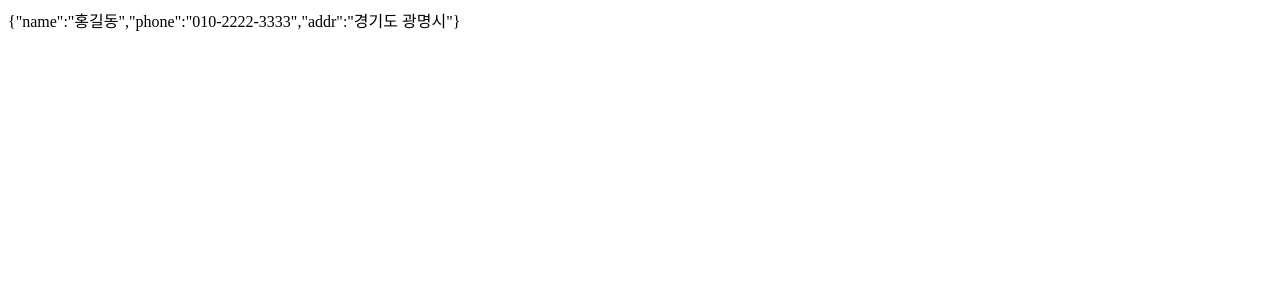
Repository: Jooheehan-kopo/web-workspace
Page: Lecture-web/WebContent/javascript/object/exam13.html
The author's editor kept a copy of each file at every save. The page is drawn from the files as they stood at one save, then again after the next save.
The browser window is 1280 px wide. The pictures show the whole page.

Above is the page before, as saved 2021-06-15 02:35:08.

### Lecture-web/WebContent/javascript/object/exam13.html
<!DOCTYPE html>
<html>
<head>
<meta charset="UTF-8">
<title>Insert title here</title>
<script>
/*
 *  JSON.parse() : 믄자열을 자바스크립트 객체로 변환
 	JSON.stringify(): 자바스크립트객체를 문자열로 변환
 */

 let person = {
 			'name' : '홍길동',
 			'phone' : '010-2222-3333',
 			'addr' : '경기도 광명시',

 			toJson: function()
 			{
 				return{
 					'name' : this.name,
 					'phone' : this.phone
 				}
 			}
 	}
 //	console.log(person)
//	console.log(JSON.stringify(person))
//	alert(person)

let strPerson = JSON.stringify(person)
console.log(strPerson)
document.write(strPerson +'<br>')

</script>
</head>
<body>

</body>
</html>

After the next save:
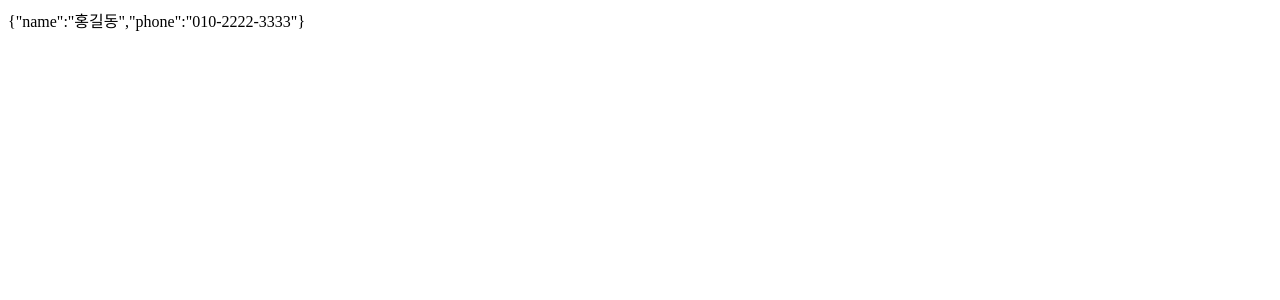
Saved 53 s later.
--- a/Lecture-web/WebContent/javascript/object/exam13.html
+++ b/Lecture-web/WebContent/javascript/object/exam13.html
@@ -14,11 +14,11 @@
  			'phone' : '010-2222-3333',
  			'addr' : '경기도 광명시',
 
- 			toJson: function()
+ 			toJSON: function()
  			{
  				return{
  					'name' : this.name,
- 					'phone' : this.phone
+ 					'phone' : this.phone   //얘만 문자로 바뀜
  				}
  			}
  	}

After the save that followed:
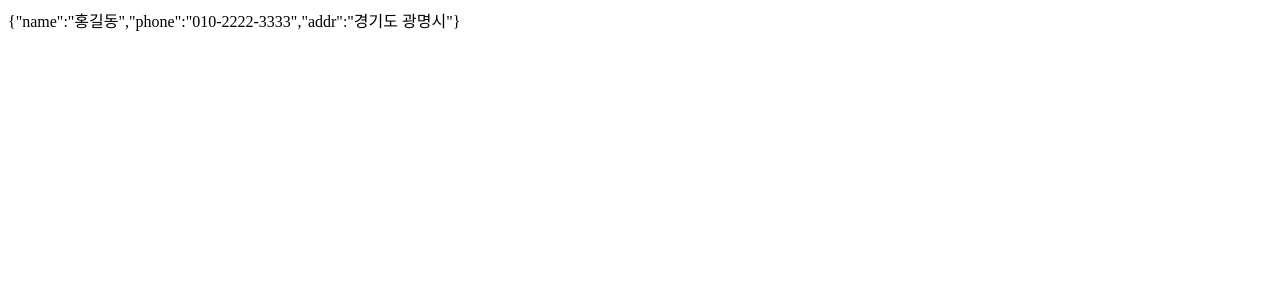
Saved 2 min 53 s later.
--- a/Lecture-web/WebContent/javascript/object/exam13.html
+++ b/Lecture-web/WebContent/javascript/object/exam13.html
@@ -14,13 +14,12 @@
  			'phone' : '010-2222-3333',
  			'addr' : '경기도 광명시',
 
- 			toJSON: function()
- 			{
+ 			/*toJSON: function(){
  				return{
  					'name' : this.name,
  					'phone' : this.phone   //얘만 문자로 바뀜
  				}
- 			}
+ 			}*/
  	}
  //	console.log(person)
 //	console.log(JSON.stringify(person))
@@ -30,6 +29,9 @@
 console.log(strPerson)
 document.write(strPerson +'<br>')
 
+let person2 =JSON.parse(strPerson)
+console.log(person2)
+
 </script>
 </head>
 <body>
